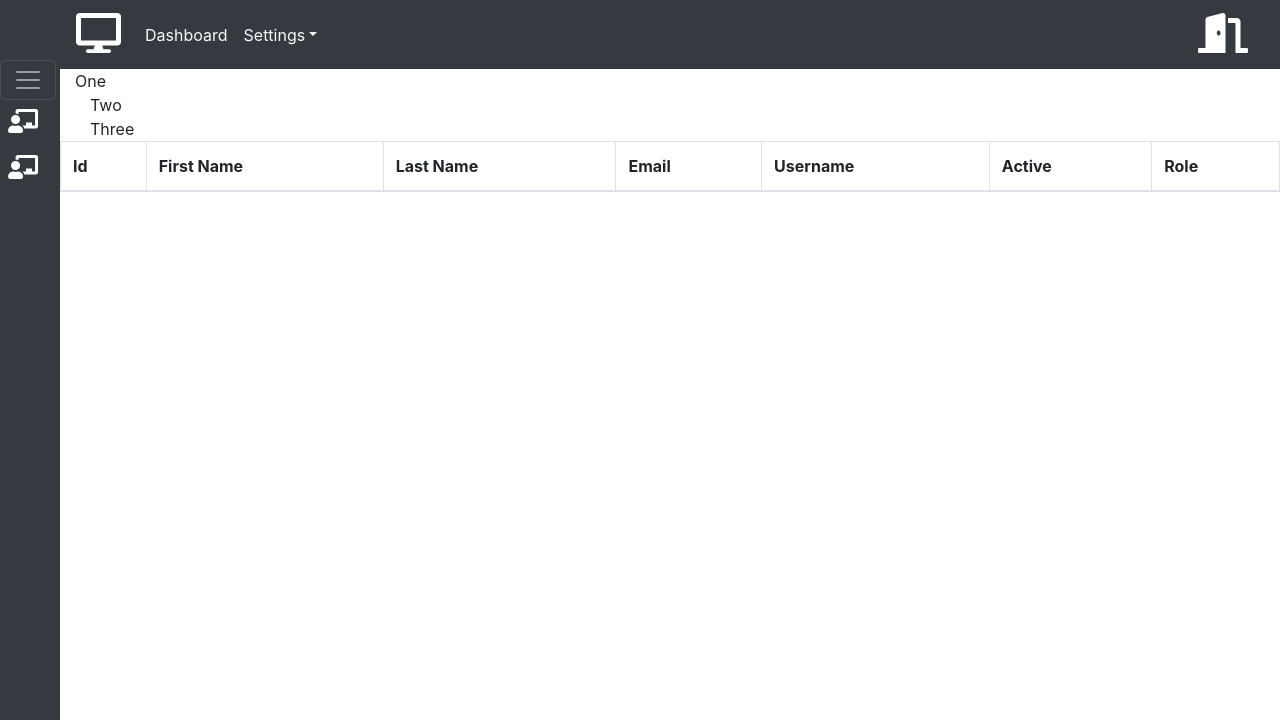
Repository: Pjosif/iDesk
Page: http://localhost/web/protected/userAdm.jsp
These files come from the project's save history. The page is drawn as it stood at one moment and after the next save; the edit follows.
The browser window is 1280 px wide. The pictures show the whole page.
Some web libraries are served in a nearby version. The page is served by Tomcat 9. Nobody is signed in. The application's start-up code is not run. The template is opened directly, without the code that normally fills it, so the values that code supplies are empty.

Above is the page before, as saved 2018-07-31 10:05:06.

After the next save:
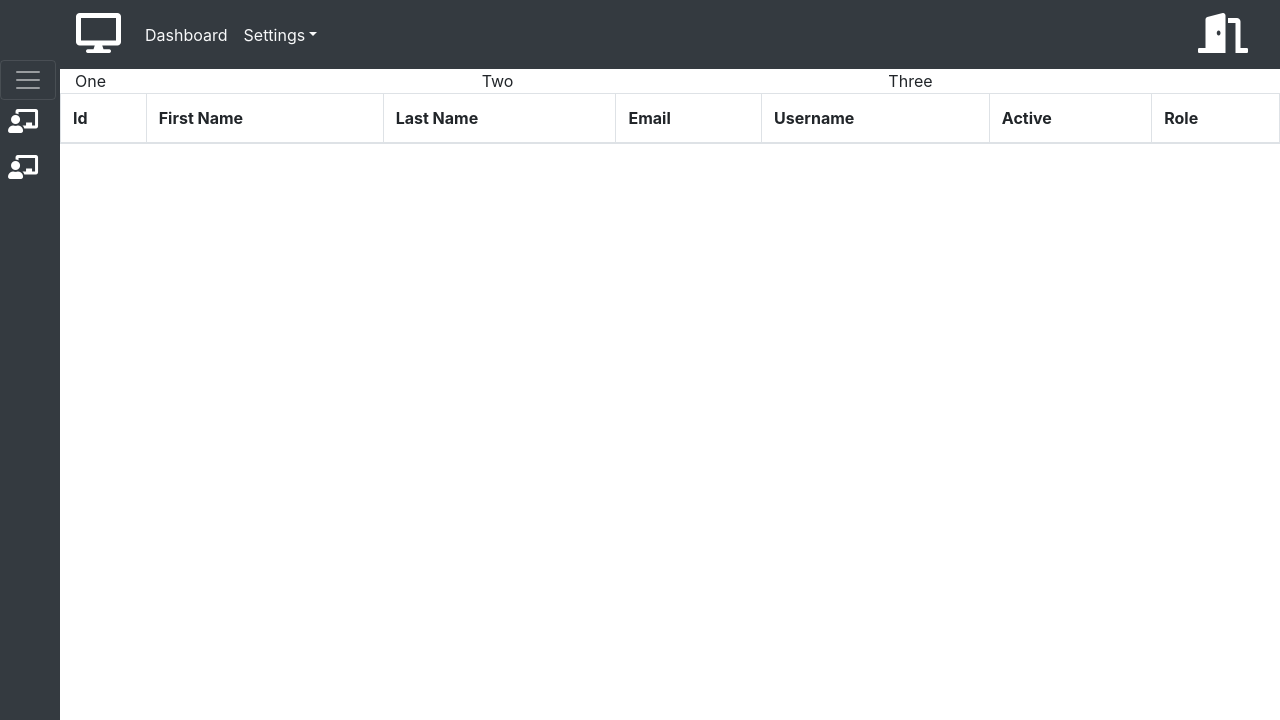
Saved 51 s later.
--- a/main/web/src/main/webapp/protected/userAdm.jsp
+++ b/main/web/src/main/webapp/protected/userAdm.jsp
@@ -18,11 +18,7 @@
 		<div class="container-fluid">
 			<div class="row">
 				<div class="col-sm">One</div>
-			</div>
-			<div>
 				<div class="col-sm">Two</div>
-			</div>
-			<div>
 				<div class="col-sm">Three</div>
 			</div>
 		</div>
